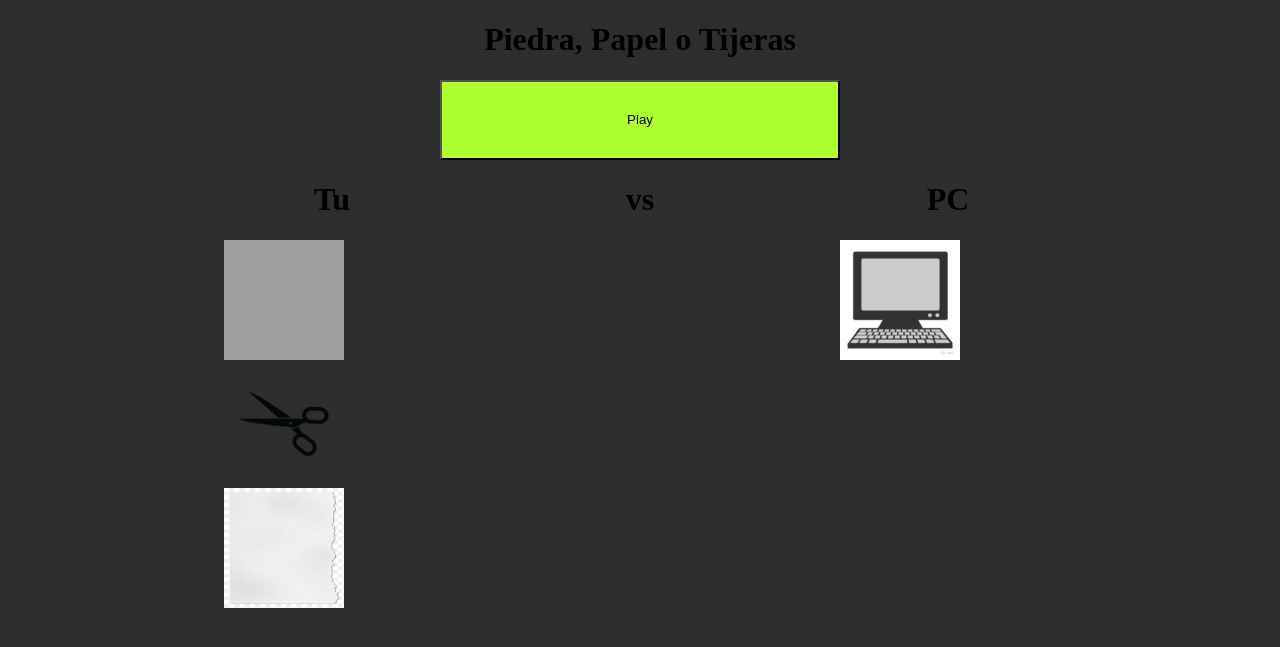
Repository: Kevin8548/FundamentosJS
Page: scissors.html
These files come from the project's save history. The page is drawn as it stood at one moment and after the next save; the edit follows.
The browser window is 1280 px wide. The pictures show the whole page.
Pictures or frames that could not be fetched are drawn as grey boxes.

Above is the page before, as saved 2024-09-23 06:26:46.

### scissors.html
<!DOCTYPE html>
<html lang="en">
<head>
    <meta charset="UTF-8">
    <meta name="viewport" content="width=device-width, initial-scale=1.0">
    <title>Piedra, Papel o Tijeras</title>
    <link rel="stylesheet" href="style.css">
</head>
<body>
    <div class="content">
        <h1>Piedra, Papel o Tijeras</h1>
        <div class="parent">
            <div class="div1">
                <button id="playBtn">Play</button>
            </div>

            <div class="div2">
                <h1>Tu</h1>
                <div class="choices">
                    <img src="img/piedra.jpeg" alt="Piedra" class="choice" data-choice="piedra">
                    <img src="img/tijera.webp" alt="Tijeras" class="choice" data-choice="tijeras">
                    <img src="img/papel.png" alt="Papel" class="choice" data-choice="papel">
                </div>
                <img id="userChoiceImage" src="" alt="Selección del usuario" style="display: none;">
            </div>

            <div class="div3"><h1>vs</h1></div>

            <div class="div4">
                <h1>PC</h1>
                <img src="img/2775.png" alt="">
            </div>

            <div class="div5" id="result"></div>
        </div>
    </div>
    <script src="./concepts/scissors.js"></script>
</body>
</html>

### style.css
.parent {
display:grid ;
grid-template-columns: repeat(5, 1fr);
grid-template-rows: repeat(1.5, 1fr);
grid-column-gap: 0px;
grid-row-gap: 0px;
}

.div1 { grid-area: 1 / 3 / 2 / 4; }
.div2 { grid-area: 3 / 2 / 4 / 3; }
.div3 { grid-area: 3 / 3 / 4 / 4; }
.div4 { grid-area: 3 / 4 / 4 / 5; }
.div5 { grid-area: 5 / 3 / 6 / 4; }

h1{
text-align: center;
}

img{
width: 120px;
height: 120px;
cursor: pointer;
}

body{
background-color: rgb(45, 46, 46);
}

button {
    background-color: greenyellow;
    width: 400px;
    height: 80px;
    cursor: pointer;
}

### concepts/scissors.js
const btnPlay = document.getElementById('playBtn');
const divUser = document.querySelector('.div2');
const divMaq = document.querySelector('.div4');
const resultDiv = document.getElementById('result');
const userChoiceImage = document.getElementById('userChoiceImage');
const pcChoiceImage = document.getElementById('pcChoiceImage');

let userChoice = '';

const choices = document.querySelectorAll('.choice');
choices.forEach(choice => {
    choice.addEventListener('click', () => {
        userChoice = choice.dataset.choice;
    });
});

btnPlay.addEventListener('click', () => {
    if (!userChoice) {
        alert('Por favor, selecciona piedra, papel o tijeras primero.');
        return;
    }

    const options = ['piedra', 'papel', 'tijeras'];
    const aleatorio = Math.floor(Math.random() * 3);
    const choiceMaq = options[aleatorio];

    if (userChoice === choiceMaq) {
        resultDiv.innerText = "¡Es un empate!";
    } else if (
        (userChoice === 'piedra' && choiceMaq === 'tijeras') ||
        (userChoice === 'papel' && choiceMaq === 'piedra') ||
        (userChoice === 'tijeras' && choiceMaq === 'papel')
    ) {
        resultDiv.innerText = "¡Tú ganas!";
    } else {
        resultDiv.innerText = "¡La máquina gana!";
    }
});

After the next save:
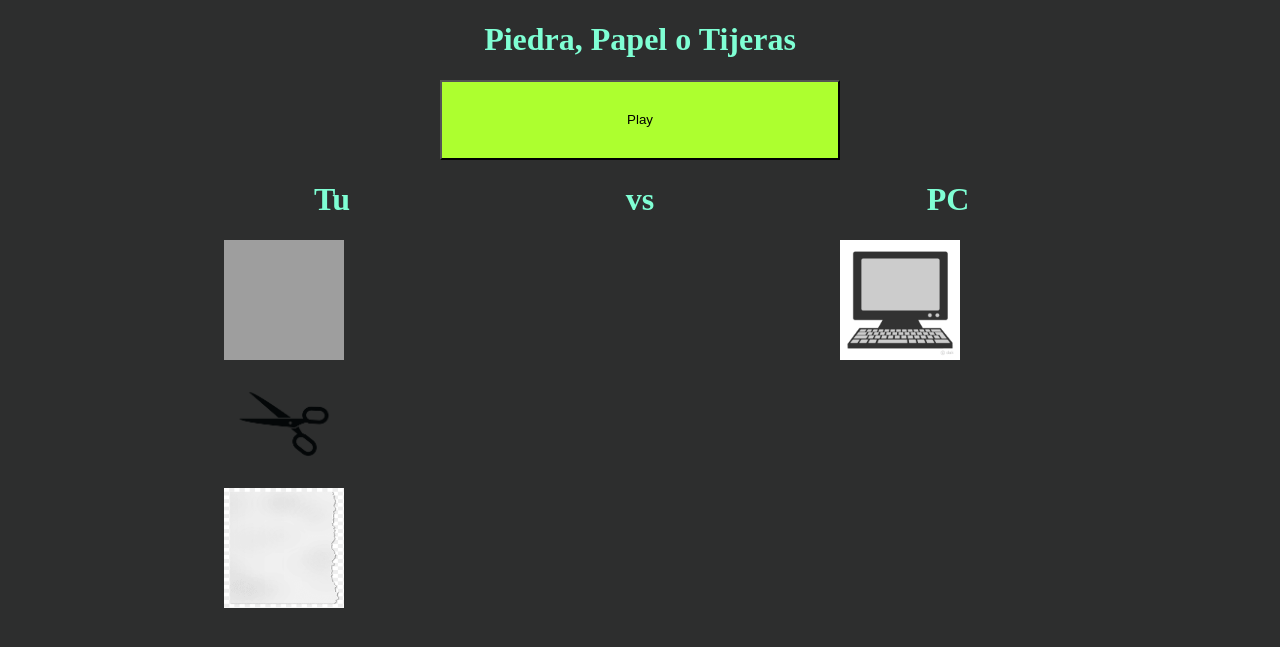
Saved 7 h 0 min later.
--- a/style.css
+++ b/style.css
@@ -24,6 +24,7 @@ cursor: pointer;
 
 body{
 background-color: rgb(45, 46, 46);
+color: aquamarine;
 }
 
 button {
